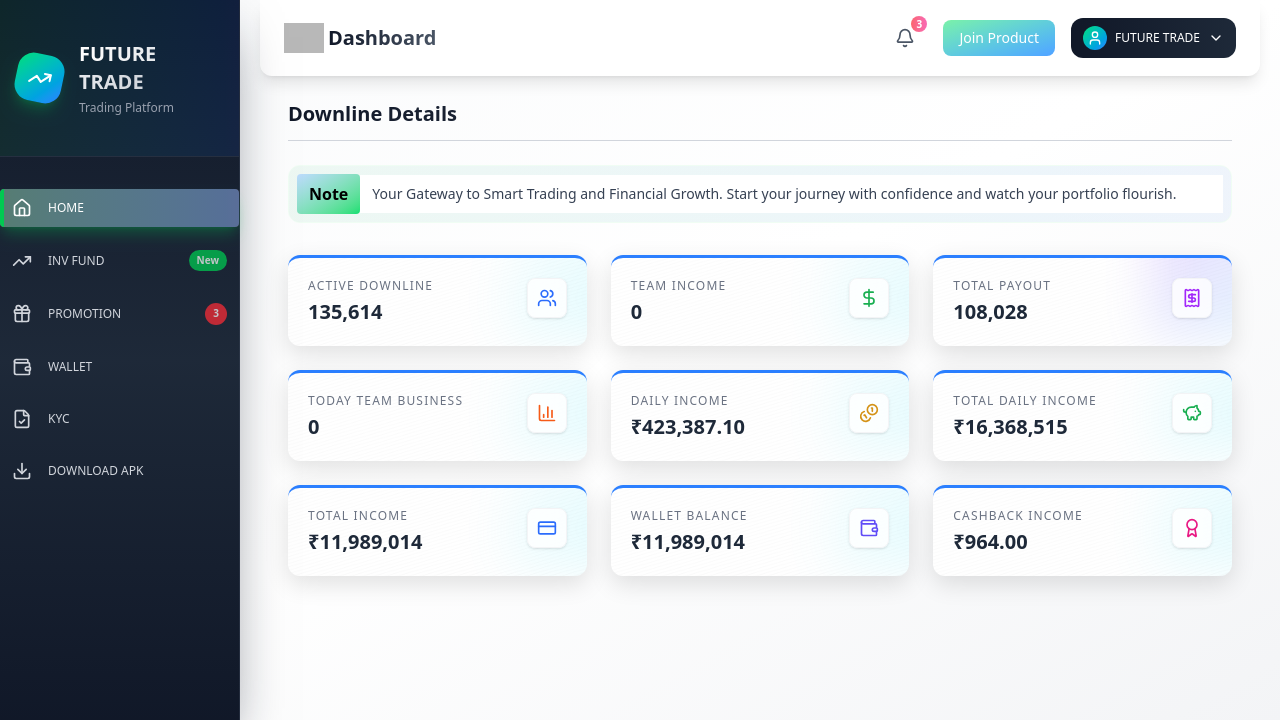
Repository: GauraVPandeyyy/Trade
Page: /
An editor plug-in stored every save of this project. The page is shown before and after the next save, followed by the edit.
The browser window is 1280 px wide. The pictures show the whole page.
Pictures or frames that could not be fetched are drawn as grey boxes. The project was rebuilt for these pictures with package versions that can differ from the ones it lists, and the page was loaded fresh each time. Some packages were replaced by stand-ins written for this rebuild. Also part of the build but not shown: vite.config.js, src/pages/Home.jsx, src/pages/InvFund.jsx, src/pages/Promotion.jsx, src/pages/Wallet.jsx, src/pages/Kyc.jsx, src/pages/DownloadApk.jsx.

Above is the page before, as saved 2025-08-02 13:43:01.

After the next save:
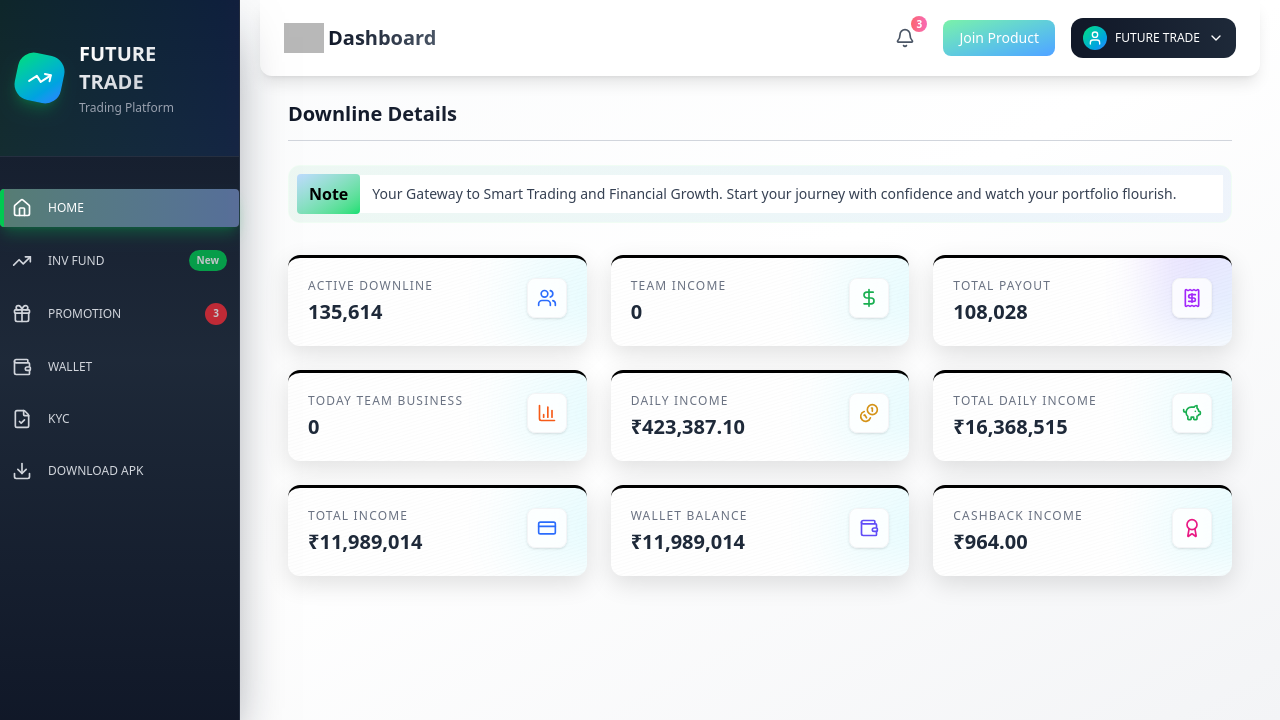
Saved 8 s later.
--- a/src/components/DashboardCard.jsx
+++ b/src/components/DashboardCard.jsx
@@ -53,7 +53,7 @@
     <div
       className={`
     relative h-auto border-t-3 rounded-xl p-5 overflow-hidden
-    bg-white border-t-gradient-to-br from-green-400 to-blue-500 border-t-blue-500
+    bg-white border-t-gradient-to-br from-green-400 to-blue-500
     shadow-[0_8px_24px_rgba(0,0,0,0.12)] hover:shadow-[0_12px_16px_rgba(0,0,0,0.18)]
     transition-all duration-300 ease-out
     transform ${isVisible ? 'translate-y-0 opacity-100' : 'translate-y-8 opacity-0'}
